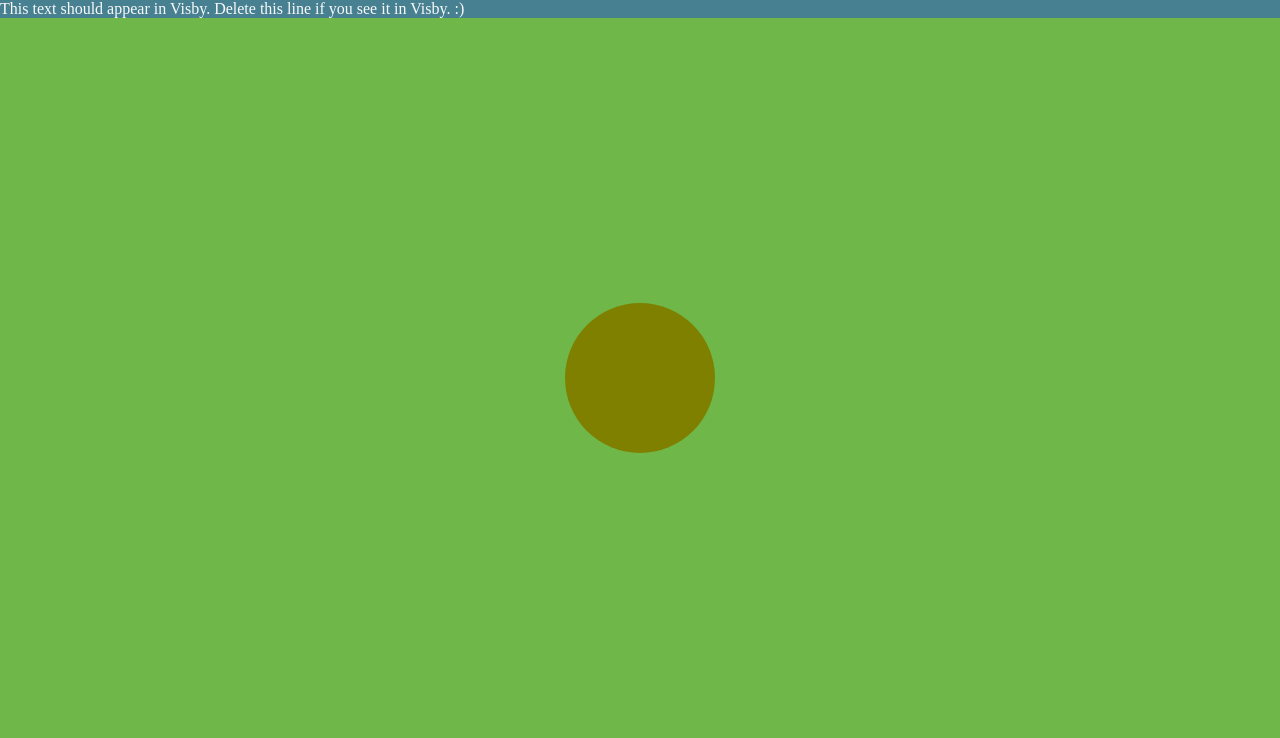
Repository: cindyvunguyen/fallacy
Page: index.html
The author's editor kept a copy of each file at every save. The page is drawn from the files as they stood at one save, then again after the next save.
The browser window is 1280 px wide. The pictures show the whole page.
Some web fonts or font styles are not loaded; a fallback is used.

Above is the page before, as saved 2020-03-12 16:19:01.

After the next save:
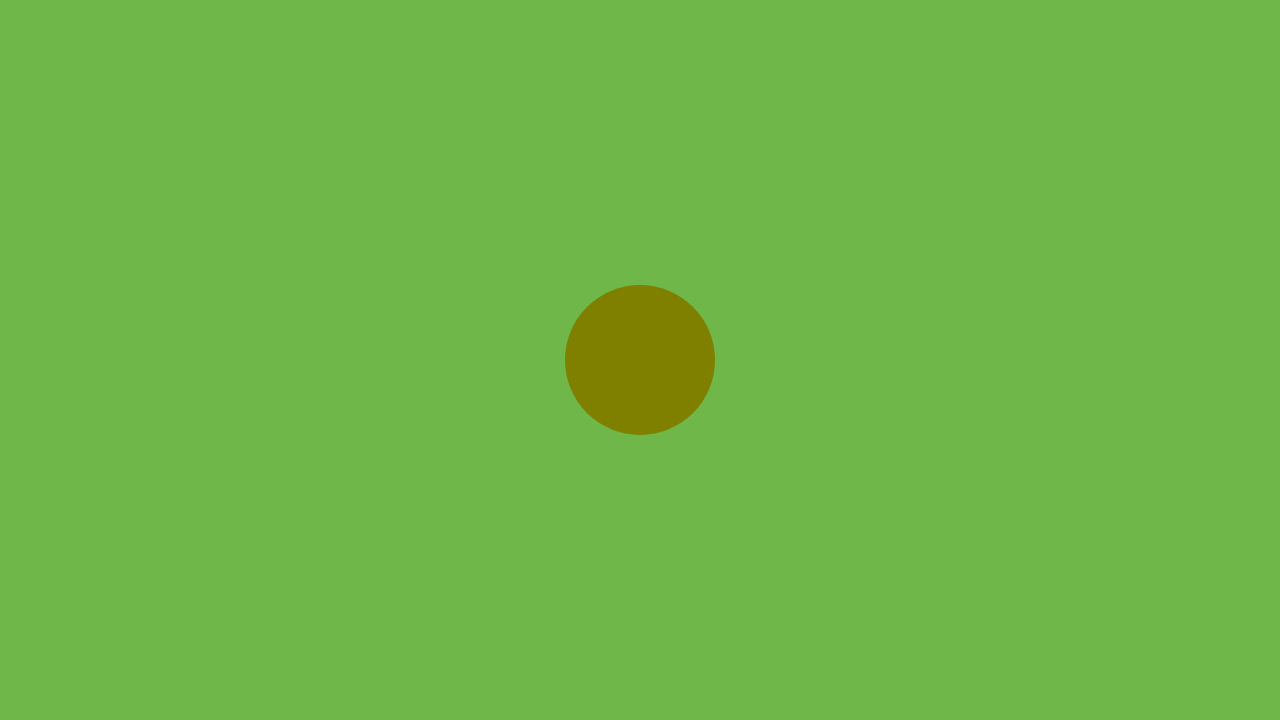
Saved 13 s later.
--- a/index.html
+++ b/index.html
@@ -8,8 +8,6 @@
 </head>
 <body>
     <div id="app">
-
-        This text should appear in Visby. Delete this line if you see it in Visby. :)
 
         <!-- CINDY START -->
 
